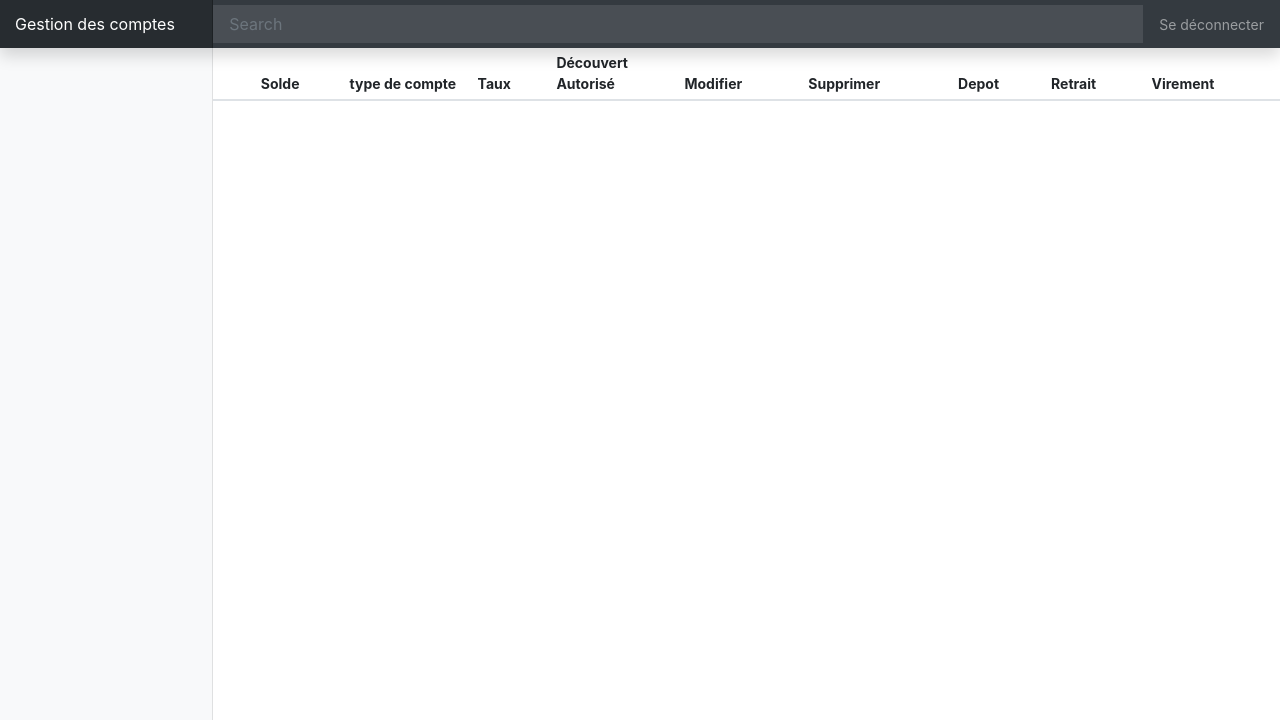
Repository: liiiseee/Projet
Page: http://localhost/02_projet_gestion_clients_compte/menu-comptes.jsp
The author's editor kept a copy of each file at every save. The page is drawn from the files as they stood at one save, then again after the next save.
The browser window is 1280 px wide. The pictures show the whole page.
The page is served by Tomcat 9. Other server files are loaded and not shown. The template is opened directly, without the code that normally fills it, so the values that code supplies are empty.

Above is the page before, as saved 2020-03-30 15:12:13.

### 02_projet_gestion_clients_compte/WebContent/menu-comptes.jsp
<%@ page language="java" contentType="text/html; charset=ISO-8859-1"
    pageEncoding="ISO-8859-1"%>

<%@ taglib uri="http://java.sun.com/jsp/jstl/core" prefix="c"%>
<!DOCTYPE html>
<html>
<head>
<meta charset="ISO-8859-1">
<title>liste comptes</title>
<link href="assets/styles/bootstrap.min.css" rel="stylesheet" >

 <style>
      .bd-placeholder-img {
        font-size: 1.125rem;
        text-anchor: middle;
        -webkit-user-select: none;
        -moz-user-select: none;
        -ms-user-select: none;
        user-select: none;
      }

      @media (min-width: 768px) {
        .bd-placeholder-img-lg {
          font-size: 3.5rem;
        }
      }
    </style>
    <!-- Custom styles for this template -->
    <link href="assets/styles/dashboard.css" rel="stylesheet">
</head>
<body>

    <nav class="navbar navbar-dark fixed-top bg-dark flex-md-nowrap p-0 shadow">
  <a class="navbar-brand col-sm-3 col-md-2 mr-0" href="#">Gestion des comptes</a>
  <input class="form-control form-control-dark w-100" type="text" placeholder="Search" aria-label="Search">
  <ul class="navbar-nav px-3">
    <li class="nav-item text-nowrap">
      <a class="nav-link" href="authentification-servlet?destroy=true">Se déconnecter</a>
    </li>
  </ul>
</nav>

<div class="container-fluid" >
  <div class="row">
    <nav class="col-md-2 d-none d-md-block bg-light sidebar" >
      <div class="sidebar-sticky" style="width : 10px;">
        <ul class="nav flex-column">
          <li class="nav-item">
            <a class="nav-link active" href="#">
              <span data-feather="home"></span>
              Liste des comptes <span class="sr-only">(current)</span>
            </a>
          </li>
          <li class="nav-item">
            <a class="nav-link" href="ajout-compte.jsp">
              <span data-feather="file"></span>
              Ajouter un nouveau compte
            </a>
          </li>
          <li class="nav-item">
            <a class="nav-link" href="attribuer-compte.jsp">
              <span data-feather="file"></span>
              Attribuer un compte à un client
            </a>
          </li>
         <li class="nav-item">
          <input type="hidden" name="action" value="liste"/>
            <a class="nav-link" href="menu-retrait.jsp">
              <span data-feather="shopping-cart"></span>
              Retirer de l'argent d'un compte
            </a>
          </li>

          <li class="nav-item">
          <input type="hidden" name="action" value="dep"/>
            <a class="nav-link" href="menu-depot.jsp">
              <span data-feather="users"></span>
             Déposer de l'argent sur un compte
            </a>
          </li>
          <li class="nav-item">
            <a class="nav-link" href="#">
              <span data-feather="bar-chart-2"></span>
              Effectuer un virement
            </a>
          </li>
          </ul>



      </div>
    </nav>
    </div>
    </div>





   <h2>Liste des comptes</h2>

     <div class="table-responsive">
       <table  class="table table-striped table-sm">




          <thead>
            <tr>
              	<th style="width:10%;">ID</th>
              	<th style="width:10%;">Id du client</th>
	 			<th style="width:10px;">Solde</th>
	 			<th style="width:10%;">type de compte</th>
	 			<th style="width:10px;">Taux</th>
	 			<th style="width:10%;">Découvert Autorisé</th>
	 			<th style="width:10px;">Modifier</th>
	 			<th style="width:10px;">Supprimer</th>
	 			<th style="width:10px;">Depot</th>
	 			<th style="width:10px;">Retrait</th>
	 			<th style="width:10px;">Virement</th>

            </tr>
          </thead>
          <tbody>
            <c:forEach items="${liste_comptes}" var="compte">
	 			<tr>

	 				<td>${compte.idCompte }</td>
	 				<td> ${compte.clientID } </td>
	 				<td> ${compte.solde } </td>
	 				<td> ${compte.typeCompte } </td>
	 				<td> ${compte.taux } </td>
	 				<td> ${compte.decouvert } </td>
	 				<td>
	 					<a href="gestion-compte-servlet?action=modif&id-compte=${compte.idCompte}">modifier</a>
	 				</td>


	 				<td>
	 					<a href="gestion-compte-servlet?action=supp&id-compte=${compte.idCompte}">supprimer</a>
	 				</td>

	 				<td>
	 					<a href="gestion-compte-servlet?action=depot&id-compte=${compte.idCompte}">depot</a>
	 				</td>

	 				<td>
	 					<a href="gestion-compte-servlet?action=retrait&id-compte=${compte.idCompte}">retrait</a>
	 				</td>
	 				<td>
	 					<a href="gestion-compte-servlet?action=virement&id-compte=${compte.idCompte}">virement</a>
	 				</td>




	 				</tr>

            </c:forEach>


          </tbody>

        </table>

            </div>




</body>
</html>

### 02_projet_gestion_clients_compte/WebContent/assets/styles/dashboard.css
@charset "ISO-8859-1";

body {
  font-size: .875rem;
}

.feather {
  width: 16px;
  height: 16px;
  vertical-align: text-bottom;
}

/*
 * Sidebar
 */

.sidebar {
  position: fixed;
  top: 0;
  bottom: 0;
  left: 0;
  z-index: 100; /* Behind the navbar */
  padding: 48px 0 0; /* Height of navbar */
  box-shadow: inset -1px 0 0 rgba(0, 0, 0, .1);
}

.sidebar-sticky {
  position: relative;
  top: 0;
  height: calc(100vh - 48px);
  padding-top: .5rem;
  overflow-x: hidden;
  overflow-y: auto; /* Scrollable contents if viewport is shorter than content. */
}

@supports ((position: -webkit-sticky) or (position: sticky)) {
  .sidebar-sticky {
    position: -webkit-sticky;
    position: sticky;
  }
}

.sidebar .nav-link {
  font-weight: 500;
  color: #333;
}

.sidebar .nav-link .feather {
  margin-right: 4px;
  color: #999;
}

.sidebar .nav-link.active {
  color: #007bff;
}

.sidebar .nav-link:hover .feather,
.sidebar .nav-link.active .feather {
  color: inherit;
}

.sidebar-heading {
  font-size: .75rem;
  text-transform: uppercase;
}

/*
 * Content
 */

[role="main"] {
  padding-top: 133px; /* Space for fixed navbar */
}

@media (min-width: 768px) {
  [role="main"] {
    padding-top: 48px; /* Space for fixed navbar */
  }
}

/*
 * Navbar
 */

.navbar-brand {
  padding-top: .75rem;
  padding-bottom: .75rem;
  font-size: 1rem;
  background-color: rgba(0, 0, 0, .25);
  box-shadow: inset -1px 0 0 rgba(0, 0, 0, .25);
}

.navbar .form-control {
  padding: .75rem 1rem;
  border-width: 0;
  border-radius: 0;
}

.form-control-dark {
  color: #fff;
  background-color: rgba(255, 255, 255, .1);
  border-color: rgba(255, 255, 255, .1);
}

.form-control-dark:focus {
  border-color: transparent;
  box-shadow: 0 0 0 3px rgba(255, 255, 255, .25);
}

Loaded but not shown: 02_projet_gestion_clients_compte/WebContent/assets/styles/bootstrap.min.css (library)

After the next save:
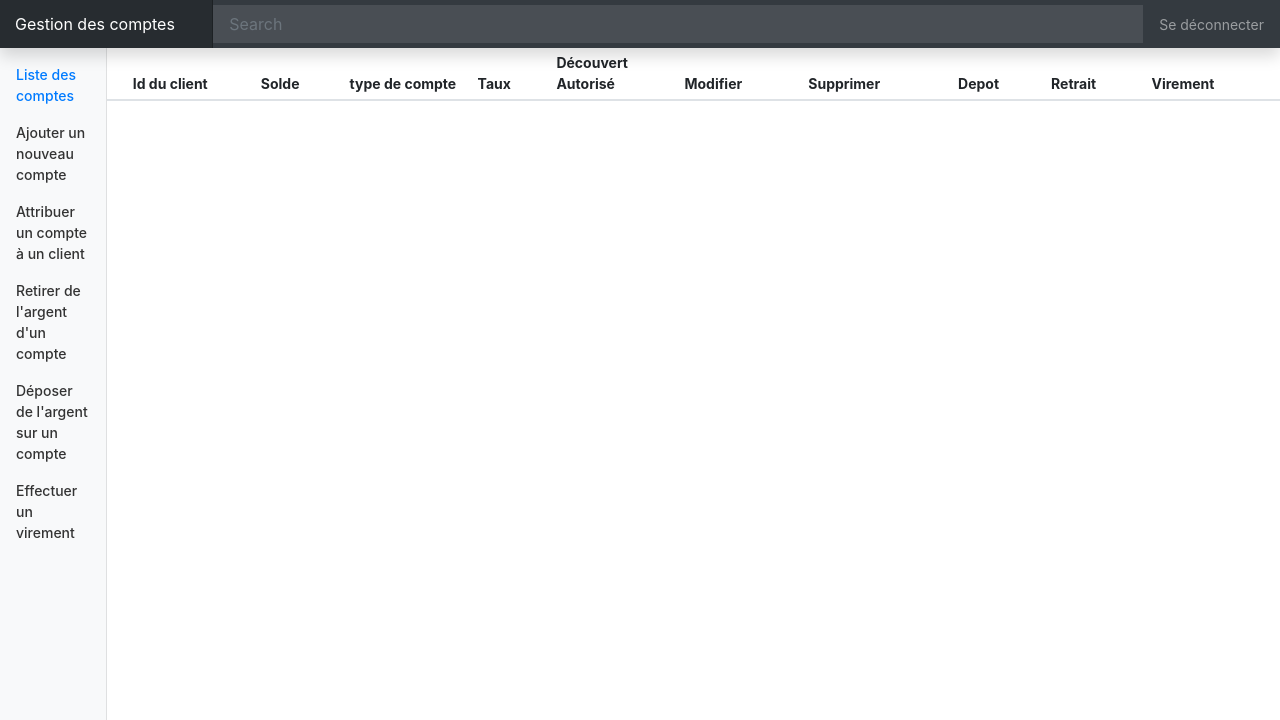
Saved 94 s later.
--- a/02_projet_gestion_clients_compte/WebContent/menu-comptes.jsp
+++ b/02_projet_gestion_clients_compte/WebContent/menu-comptes.jsp
@@ -42,8 +42,8 @@
 
 <div class="container-fluid" >
   <div class="row">
-    <nav class="col-md-2 d-none d-md-block bg-light sidebar" >
-      <div class="sidebar-sticky" style="width : 10px;">
+    <nav class="col-md-1 d-none d-md-block bg-light sidebar" >
+      <div class="sidebar-sticky">
         <ul class="nav flex-column">
           <li class="nav-item">
             <a class="nav-link active" href="#">
